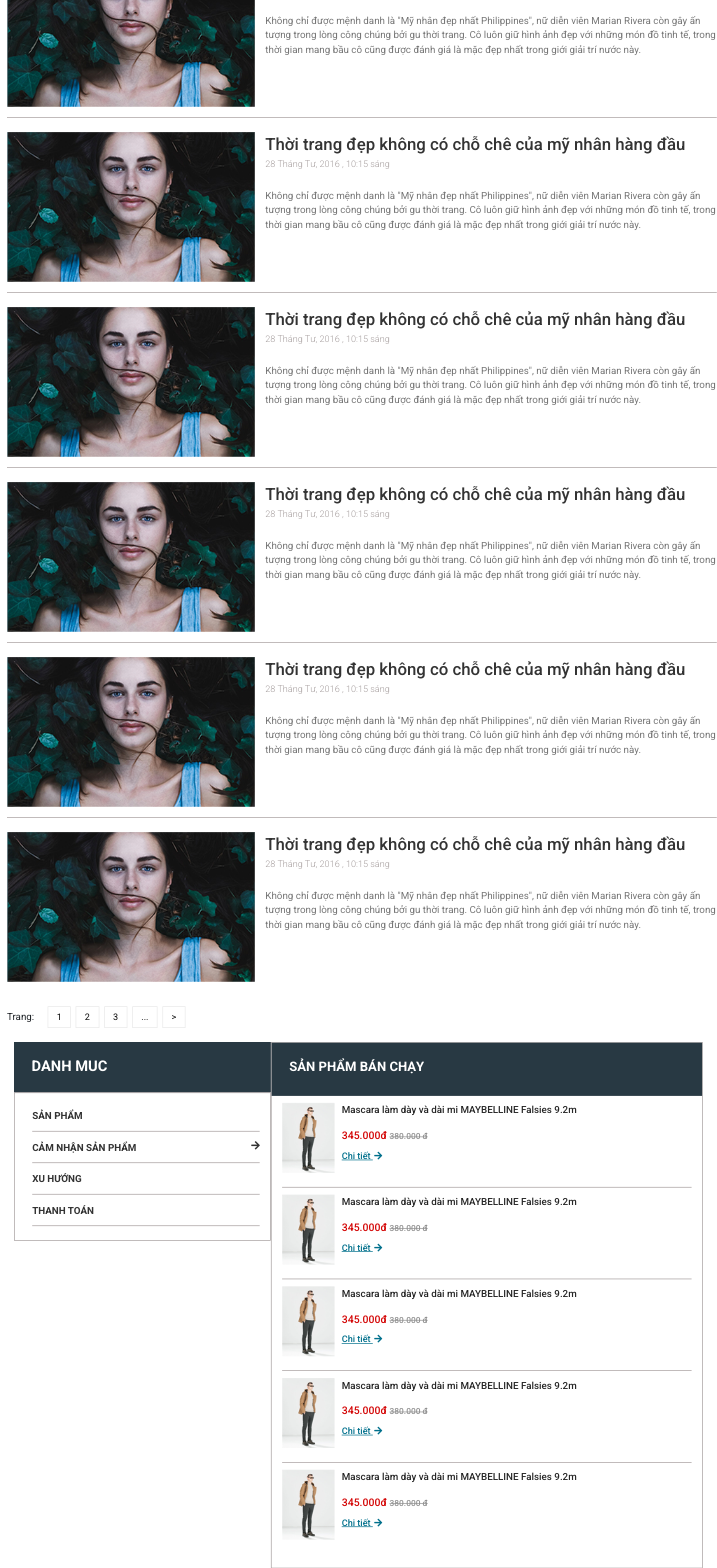
Repository: vinhtk0209/Vietsoz-reponsive
Page: index.html
The author's editor kept a copy of each file at every save. The page is drawn from the files as they stood at one save, then again after the next save.
The browser window is 1024 px wide. The pictures show the part of the page from y = 772 to 3012 px (the page is 3012 px tall), at 70% of full size.

Above is the page before, as saved 2021-10-24 16:18:59.

### index.html
<!DOCTYPE html>
<html lang="en">
  <head>
    <meta charset="UTF-8" />
    <meta http-equiv="X-UA-Compatible" content="IE=edge" />
    <meta name="viewport" content="width=device-width, initial-scale=1.0" />
    <link rel="stylesheet" href="assets/css/reset.css" />
    <link rel="stylesheet" href="assets/css/global.css" />
    <link rel="stylesheet" href="assets/css/main.css" />
    <link rel="stylesheet" href="assets/fontawesome/css/all.css" />
    <link rel="stylesheet" href="assets/css/reponsive.css" />
    <link rel="preconnect" href="https://fonts.googleapis.com" />
    <link rel="preconnect" href="https://fonts.gstatic.com" crossorigin />
    <link
      href="https://fonts.googleapis.com/css2?family=Roboto:ital,wght@0,100;0,300;0,400;0,500;0,700;0,900;1,100;1,300;1,400;1,500;1,700;1,900&display=swap"
      rel="stylesheet"
    />
    <link rel="preconnect" href="https://fonts.googleapis.com" />
    <link rel="preconnect" href="https://fonts.gstatic.com" crossorigin />
    <link
      href="https://fonts.googleapis.com/css2?family=Roboto+Condensed:ital,wght@0,300;0,400;0,700;1,300;1,400;1,700&display=swap"
      rel="stylesheet"
    />
    <div id="fb-root"></div>
    <script
      async
      defer
      crossorigin="anonymous"
      src="https://connect.facebook.net/vi_VN/sdk.js#xfbml=1&version=v11.0"
      nonce="ecJjSUD8"
    ></script>
    <script
      src="https://code.jquery.com/jquery-3.6.0.js"
      integrity="sha256-H+K7U5CnXl1h5ywQfKtSj8PCmoN9aaq30gDh27Xc0jk="
      crossorigin="anonymous"
    ></script>
    <title>VIESOZ</title>
  </head>

  <body>
    <!-- wrapper starts -->
    <div class="wrapper">
      <!-- header starts -->
      <header class="header">
        <div class="container">
          <div
            class="wp-header-top d-flex align-i-center justify-content-between"
          >
            <div class="header-banner">
              <img src="assets/images/logo.png" alt="" />
            </div>
            <nav class="header-main-menu">
              <ul class="d-flex main-menu">
                <li><a href="">trang chủ</a></li>
                <li><a href="">về chúng tôi</a></li>
                <li class="product-have-menu">
                  <a href=""
                    >sản phẩm
                    <span class="arrow-down"
                      ><i class="fas fa-chevron-down"></i></span
                  ></a>
                </li>

                <li><a href="">xu hướng</a></li>
                <li><a href="">thanh toán</a></li>
                <li><a href="">liên hệ</a></li>
              </ul>
            </nav>
            <nav class="header-main-menu reponsive">
              <ul class="main-menu sub">
                <li><a href="">trang chủ</a></li>
                <li><a href="">về chúng tôi</a></li>
                <li class="product-have-menu">
                  <a href="">sản phẩm </a>
                </li>

                <li><a href="">xu hướng</a></li>
                <li><a href="">thanh toán</a></li>
                <li><a href="">liên hệ</a></li>
              </ul>
            </nav>
            <ul class="icon-menu d-flex">
              <li>
                <a href=""
                  ><span class="search"><i class="fas fa-search"></i></span
                ></a>
              </li>
              <li>
                <a href="" class="shopping-cart"
                  ><span class="icon-cart"
                    ><i class="fas fa-shopping-bag"></i></span
                ></a>
              </li>
            </ul>
            <div class="nav-bar">
              <i class="fas fa-bars"></i>
            </div>
          </div>
        </div>
        <div class="wp-head-extra-menu">
          <ul class="list-menu-header-extra d-flex container">
            <li>
              <a href="">
                <span class="home-icon">
                  <i class="fas fa-home"></i>
                </span>
              </a>
            </li>

            <li class="home-text">
              <a href="">trang chủ</a>
            </li>
            <li>
              <a href="">
                <span class="arrow-righ">
                  <i class="fas fa-arrow-right"></i>
                </span>
              </a>
            </li>
            <li class="trend">
              <a href="">Xu hướng</a>
            </li>
          </ul>
        </div>
      </header>
      <!-- header ends -->

      <!-- content starts -->
      <div id="content">
        <!-- wp-content starts -->
        <div class="container d-flex justify-content-between box-content">
          <div class="wp-content-news">
            <ul class="list-news">
              <li>
                <div class="image-news">
                  <a href="">
                    <img src="assets/images/photo-92222.png" alt="" />
                  </a>
                </div>
                <div class="more-info">
                  <a href="" class="title"
                    >Thời trang đẹp không có chỗ chê của mỹ nhân hàng đầu
                  </a>
                  <p class="date">28 Tháng Tư, 2016 , 10:15 sáng</p>
                  <p class="content">
                    Không chỉ được mệnh danh là "Mỹ nhân đẹp nhất Philippines",
                    nữ diễn viên Marian Rivera còn gây ấn tượng trong lòng công
                    chúng bởi gu thời trang. Cô luôn giữ hình ảnh đẹp với những
                    món đồ tinh tế, trong thời gian mang bầu cô cũng được đánh
                    giá là mặc đẹp nhất trong giới giải trí nước này.
                  </p>
                </div>
              </li>
              <li>
                <div class="image-news">
                  <a href="">
                    <img src="assets/images/photo-92222.png" alt="" />
                  </a>
                </div>
                <div class="more-info">
                  <a href="" class="title"
                    >Thời trang đẹp không có chỗ chê của mỹ nhân hàng đầu
                  </a>
                  <p class="date">28 Tháng Tư, 2016 , 10:15 sáng</p>
                  <p class="content">
                    Không chỉ được mệnh danh là "Mỹ nhân đẹp nhất Philippines",
                    nữ diễn viên Marian Rivera còn gây ấn tượng trong lòng công
                    chúng bởi gu thời trang. Cô luôn giữ hình ảnh đẹp với những
                    món đồ tinh tế, trong thời gian mang bầu cô cũng được đánh
                    giá là mặc đẹp nhất trong giới giải trí nước này.
                  </p>
                </div>
              </li>
              <li>
                <div class="image-news">
                  <a href="">
                    <img src="assets/images/photo-92222.png" alt="" />
                  </a>
                </div>
                <div class="more-info">
                  <a href="" class="title"
                    >Thời trang đẹp không có chỗ chê của mỹ nhân hàng đầu
                  </a>
                  <p class="date">28 Tháng Tư, 2016 , 10:15 sáng</p>
                  <p class="content">
                    Không chỉ được mệnh danh là "Mỹ nhân đẹp nhất Philippines",
                    nữ diễn viên Marian Rivera còn gây ấn tượng trong lòng công
                    chúng bởi gu thời trang. Cô luôn giữ hình ảnh đẹp với những
                    món đồ tinh tế, trong thời gian mang bầu cô cũng được đánh
                    giá là mặc đẹp nhất trong giới giải trí nước này.
                  </p>
                </div>
              </li>
              <li>
                <div class="image-news">
                  <a href="">
                    <img src="assets/images/photo-92222.png" alt="" />
                  </a>
                </div>
                <div class="more-info">
                  <a href="" class="title"
                    >Thời trang đẹp không có chỗ chê của mỹ nhân hàng đầu
                  </a>
                  <p class="date">28 Tháng Tư, 2016 , 10:15 sáng</p>
                  <p class="content">
                    Không chỉ được mệnh danh là "Mỹ nhân đẹp nhất Philippines",
                    nữ diễn viên Marian Rivera còn gây ấn tượng trong lòng công
                    chúng bởi gu thời trang. Cô luôn giữ hình ảnh đẹp với những
                    món đồ tinh tế, trong thời gian mang bầu cô cũng được đánh
                    giá là mặc đẹp nhất trong giới giải trí nước này.
                  </p>
                </div>
              </li>
              <li>
                <div class="image-news">
                  <a href="">
                    <img src="assets/images/photo-92222.png" alt="" />
                  </a>
                </div>
                <div class="more-info">
                  <a href="" class="title"
                    >Thời trang đẹp không có chỗ chê của mỹ nhân hàng đầu
                  </a>
                  <p class="date">28 Tháng Tư, 2016 , 10:15 sáng</p>
                  <p class="content">
                    Không chỉ được mệnh danh là "Mỹ nhân đẹp nhất Philippines",
                    nữ diễn viên Marian Rivera còn gây ấn tượng trong lòng công
                    chúng bởi gu thời trang. Cô luôn giữ hình ảnh đẹp với những
                    món đồ tinh tế, trong thời gian mang bầu cô cũng được đánh
                    giá là mặc đẹp nhất trong giới giải trí nước này.
                  </p>
                </div>
              </li>
              <li>
                <div class="image-news">
                  <a href="">
                    <img src="assets/images/photo-92222.png" alt="" />
                  </a>
                </div>
                <div class="more-info">
                  <a href="" class="title"
                    >Thời trang đẹp không có chỗ chê của mỹ nhân hàng đầu
                  </a>
                  <p class="date">28 Tháng Tư, 2016 , 10:15 sáng</p>
                  <p class="content">
                    Không chỉ được mệnh danh là "Mỹ nhân đẹp nhất Philippines",
                    nữ diễn viên Marian Rivera còn gây ấn tượng trong lòng công
                    chúng bởi gu thời trang. Cô luôn giữ hình ảnh đẹp với những
                    món đồ tinh tế, trong thời gian mang bầu cô cũng được đánh
                    giá là mặc đẹp nhất trong giới giải trí nước này.
                  </p>
                </div>
              </li>
              <li>
                <div class="image-news">
                  <a href="">
                    <img src="assets/images/photo-92222.png" alt="" />
                  </a>
                </div>
                <div class="more-info">
                  <a href="" class="title"
                    >Thời trang đẹp không có chỗ chê của mỹ nhân hàng đầu
                  </a>
                  <p class="date">28 Tháng Tư, 2016 , 10:15 sáng</p>
                  <p class="content">
                    Không chỉ được mệnh danh là "Mỹ nhân đẹp nhất Philippines",
                    nữ diễn viên Marian Rivera còn gây ấn tượng trong lòng công
                    chúng bởi gu thời trang. Cô luôn giữ hình ảnh đẹp với những
                    món đồ tinh tế, trong thời gian mang bầu cô cũng được đánh
                    giá là mặc đẹp nhất trong giới giải trí nước này.
                  </p>
                </div>
              </li>
              <li>
                <div class="image-news">
                  <a href="">
                    <img src="assets/images/photo-92222.png" alt="" />
                  </a>
                </div>
                <div class="more-info">
                  <a href="" class="title"
                    >Thời trang đẹp không có chỗ chê của mỹ nhân hàng đầu
                  </a>
                  <p class="date">28 Tháng Tư, 2016 , 10:15 sáng</p>
                  <p class="content">
                    Không chỉ được mệnh danh là "Mỹ nhân đẹp nhất Philippines",
                    nữ diễn viên Marian Rivera còn gây ấn tượng trong lòng công
                    chúng bởi gu thời trang. Cô luôn giữ hình ảnh đẹp với những
                    món đồ tinh tế, trong thời gian mang bầu cô cũng được đánh
                    giá là mặc đẹp nhất trong giới giải trí nước này.
                  </p>
                </div>
              </li>
            </ul>
            <!-- num pages starts -->
            <div class="nums-page">
              <ul class="pages-num d-flex align-i-center">
                <li>trang:</li>
                <li><a href="">1</a></li>
                <li><a href="">2</a></li>
                <li><a href="">3</a></li>
                <li><a href="">...</a></li>
                <li><a href="">></a></li>
              </ul>
            </div>
            <!-- num pages ends -->
        </div>
        <!-- wp-content ends -->

        <!-- sidebar starts -->
        <div class="wp-content-list-caterory">
          <div class="box-caterory">
            <div class="box-title">
              <h3>danh muc</h3>
            </div>
            <div class="box-body">
              <ul>
                <li><a href="">sản phẩm</a></li>
                <li>
                  <a href=""
                    >cảm nhận sản phẩm
                    <span class="arrow-right"
                      ><i class="fas fa-arrow-right"></i></span
                  ></a>
                </li>
                <li><a href="">xu hướng</a></li>
                <li><a href="">thanh toán</a></li>
              </ul>
            </div>
          </div>
          <div class="box-banner">
            <a href="">
              <img src="assets/images/banner-02.png" alt="" />
            </a>
          </div>
          <div class="list-product">
            <div class="box-product">
              <div class="box-title">
                <h3>sản phẩm bán chạy</h3>
              </div>
              <div class="box-body">
                <ul>
                  <li>
                    <div class="image-product">
                      <a href="">
                        <img src="assets/images/Layer_9_copy.png" alt="" />
                      </a>
                    </div>
                    <div class="info-product">
                      <a href="" class="title">
                        Mascara làm dày và dài mi MAYBELLINE Falsies 9.2m
                      </a>
                      <p class="price">
                        345.000đ
                        <span class="discount"><del>380.000 đ</del></span>
                      </p>

                      <a href="" class="details"
                        >Chi tiết
                        <span class="buy-arrow-right"
                          ><i class="fas fa-arrow-right"></i></span
                      ></a>
                    </div>
                  </li>
                  <li>
                    <div class="image-product">
                      <a href="">
                        <img src="assets/images/Layer_9_copy.png" alt="" />
                      </a>
                    </div>
                    <div class="info-product">
                      <a href="" class="title">
                        Mascara làm dày và dài mi MAYBELLINE Falsies 9.2m
                      </a>
                      <p class="price">
                        345.000đ
                        <span class="discount"><del>380.000 đ</del></span>
                      </p>

                      <a href="" class="details"
                        >Chi tiết
                        <span class="buy-arrow-right"
                          ><i class="fas fa-arrow-right"></i></span
                      ></a>
                    </div>
                  </li>
                  <li>
                    <div class="image-product">
                      <a href="">
                        <img src="assets/images/Layer_9_copy.png" alt="" />
                      </a>
                    </div>
                    <div class="info-product">
                      <a href="" class="title">
                        Mascara làm dày và dài mi MAYBELLINE Falsies 9.2m
                      </a>
                      <p class="price">
                        345.000đ
                        <span class="discount"><del>380.000 đ</del></span>
                      </p>

                      <a href="" class="details"
                        >Chi tiết
                        <span class="buy-arrow-right"
                          ><i class="fas fa-arrow-right"></i></span
                      ></a>
                    </div>
                  </li>
                  <li>
                    <div class="image-product">
                      <a href="">
                        <img src="assets/images/Layer_9_copy.png" alt="" />
                      </a>
                    </div>
                    <div class="info-product">
                      <a href="" class="title">
                        Mascara làm dày và dài mi MAYBELLINE Falsies 9.2m
                      </a>
                      <p class="price">
                        345.000đ
                        <span class="discount"><del>380.000 đ</del></span>
                      </p>

                      <a href="" class="details"
                        >Chi tiết
                        <span class="buy-arrow-right"
                          ><i class="fas fa-arrow-right"></i></span
                      ></a>
                    </div>
                  </li>
                  <li>
                    <div class="image-product">
                      <a href="">
                        <img src="assets/images/Layer_9_copy.png" alt="" />
                      </a>
                    </div>
                    <div class="info-product">
                      <a href="" class="title">
                        Mascara làm dày và dài mi MAYBELLINE Falsies 9.2m
                      </a>
                      <p class="price">
                        345.000đ
                        <span class="discount"><del>380.000 đ</del></span>
                      </p>

                      <a href="" class="details"
                        >Chi tiết
                        <span class="buy-arrow-right"
                          ><i class="fas fa-arrow-right"></i></span
                      ></a>
                    </div>
                  </li>
                </ul>
              </div>
            </div>
          </div>
        </div>
      </div>
        <!-- sidebar ends -->
      </div>

      <!-- content ends -->
    </div>
    <!-- wrapper ends -->
    <script src="assets/js/main.js"></script>
  </body>
</html>

### assets/css/global.css
/* .text-center{
    text-align: center;
}
.text-left{
    text-align: left;
}
.text-right{
    text-align: right;
}
.float-left{
    float:left;

}
.float-right{
    float:right;
}
.container{
    width:1150px;
    margin:0px auto;


}
.flex-space{
    display:flex;
    justify-content:space-between;
}
.align-i-center{
    align-items: center;
}
.mg-top-30{
    margin-top: 30px;
}
.mg-top-22{
    margin-top: 22px;
}
.d-flex{
    display:flex;
}
.bg-black{

    background-color: #131619;
}
.pt-10{
    padding-top: 10px;
} */
.container {
    max-width: 1200px;

    margin: 0px auto;
    /* display:flex; */

}

.justify-content-between {
    justify-content: space-between;
}

.d-flex {
    display: flex;
}

.jus-between {
    justify-content: space-between;
}

.align-i-center {
    align-items: center;
}

.mg-bottom-80 {
    margin-bottom: 80px;
}

.fl-basics-30 {
    flex-basis: 30%;
}

.pd-top-40 {
    padding-top: 40px;
}
.pd-top-10{
    padding-top:10px;
}
.text-center {
    text-align: center;
}

### assets/css/reponsive.css
@media screen and (max-width: 1180px) {
    #content .box-content {
        flex-direction: column;
    }
    .wp-content-news{
        margin-bottom: 20px;
    }
    .wp-content-list-caterory {
        display: flex;
        justify-content:space-between;
        padding: 0 20px;
    }
    .wp-content-list-caterory .box-caterory{
        flex-grow: 1;
    }
    .wp-content-list-caterory .list-product{
        flex-grow: 1;
    }
    .wp-content-list-caterory .box-banner {
        display: none;

    }
}


@media screen and (max-width: 1040px) {
    nav.header-main-menu {
        display: none;
    }

    .nav-bar {
        display: block;
    }
}

@media screen and (max-width: 768px) {

    .wp-content-news ul.list-news li .more-info p.content,
    .wp-content-news ul.list-news li .more-info p.date {
        display: none;
    }

}

@media screen and (max-width: 530px) {
    .wp-content-news ul.list-news li {
        flex-direction: column;
    }

    .wp-content-news ul.list-news li .more-info {
        padding-right: 120px;
        padding-left: 5px;
    }

}

@media screen and (max-width: 450px) {
    .wp-content-news ul.list-news li .more-info a.title {
        font-size: 15px;
    }

}

Loaded but not shown: assets/fontawesome/css/all.css (library); assets/js/main.js (5 lines, source omitted); assets/css/main.css (438 lines, source omitted); assets/css/reset.css (349 lines, source omitted)

After the next save:
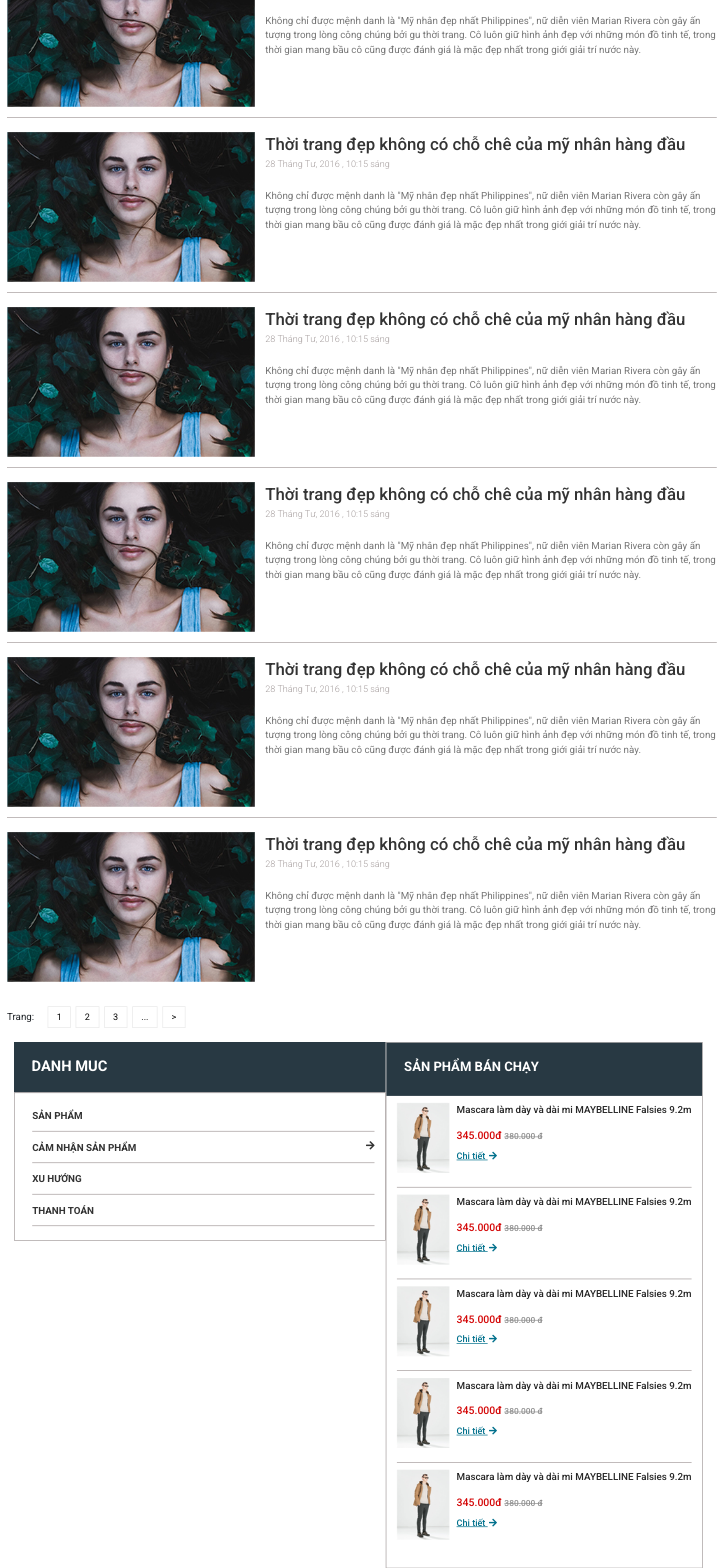
Saved 7 s later.
--- a/assets/css/reponsive.css
+++ b/assets/css/reponsive.css
@@ -13,9 +13,9 @@
     .wp-content-list-caterory .box-caterory{
         flex-grow: 1;
     }
-    .wp-content-list-caterory .list-product{
+    /* .wp-content-list-caterory .list-product{
         flex-grow: 1;
-    }
+    } */
     .wp-content-list-caterory .box-banner {
         display: none;
 
